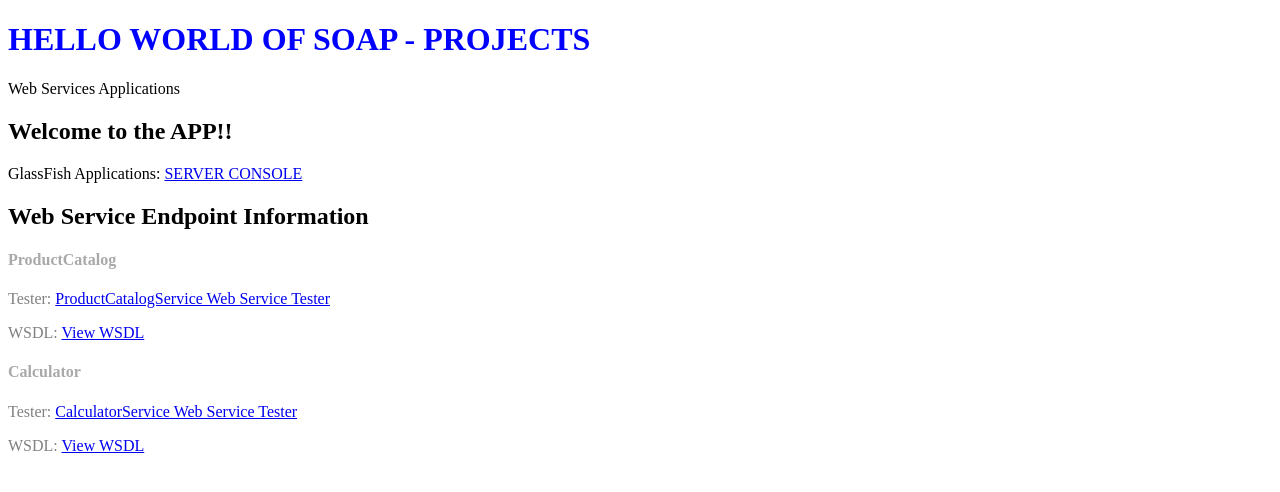
Repository: atafs/BackEnd_JAX-JAX-WS_SOAP
Page: http://localhost/Project_003_SOAP_server_ServiceAndContractFirst/
These files come from the project's save history. The page is drawn as it stood at one moment and after the next save; the edit follows.
The browser window is 1280 px wide. The pictures show the whole page.
The page is served by Tomcat 9. Other server files are loaded and not shown.

Above is the page before, as saved 2016-01-26 11:58:17.

### Project_003_SOAP_server_ServiceAndContractFirst/WebContent/index.jsp
<%@ page language="java" contentType="text/html; charset=ISO-8859-1"
    pageEncoding="ISO-8859-1"%>
<!DOCTYPE html PUBLIC "-//W3C//DTD HTML 4.01 Transitional//EN" "http://www.w3.org/TR/html4/loose.dtd">
<html>

<!-- HEADER -->
<head>
<meta http-equiv="Content-Type" content="text/html; charset=ISO-8859-1">
<title>WEB SERVICES</title>
</head>

<!-- BODY -->
<body>
	<h1 style="color:blue;">HELLO WORLD OF SOAP - PROJECTS</h1>
	<p>Web Services Applications</p>

	<!-- LINKS -->
	<h2>Welcome to the APP!! </h2>
	<p>GlassFish Applications: <a href="http://localhost:4848/common/index.jsf">SERVER CONSOLE</a></p>

	<h2>Web Service Endpoint Information</h2>
	<h4 style="color:darkgray;">ProductCatalog</h4>
	<p style="color:gray;">Tester: <a href="http://atafs:9090/Project_003_SOAP_server_ServiceAndContractFirst/ProductCatalogService?Tester">ProductCatalogService Web Service Tester</a></p>
	<p style="color:gray;">WSDL: <a href="http://atafs:9090/Project_003_SOAP_server_ServiceAndContractFirst/ProductCatalogService?wsdl">View WSDL</a></p>

	<h4 style="color:darkgray;">Calculator</h4>
	<p style="color:gray;">Tester: <a href="http://atafs:9090/Project_003_SOAP_server_ServiceAndContractFirst/CalculatorService?Tester">CalculatorService Web Service Tester</a></p>
	<p style="color:gray;">WSDL: <a href="http://atafs:9090/Project_003_SOAP_server_ServiceAndContractFirst/CalculatorService?wsdl">View WSDL</a></p>
</body>
</html>

After the next save:
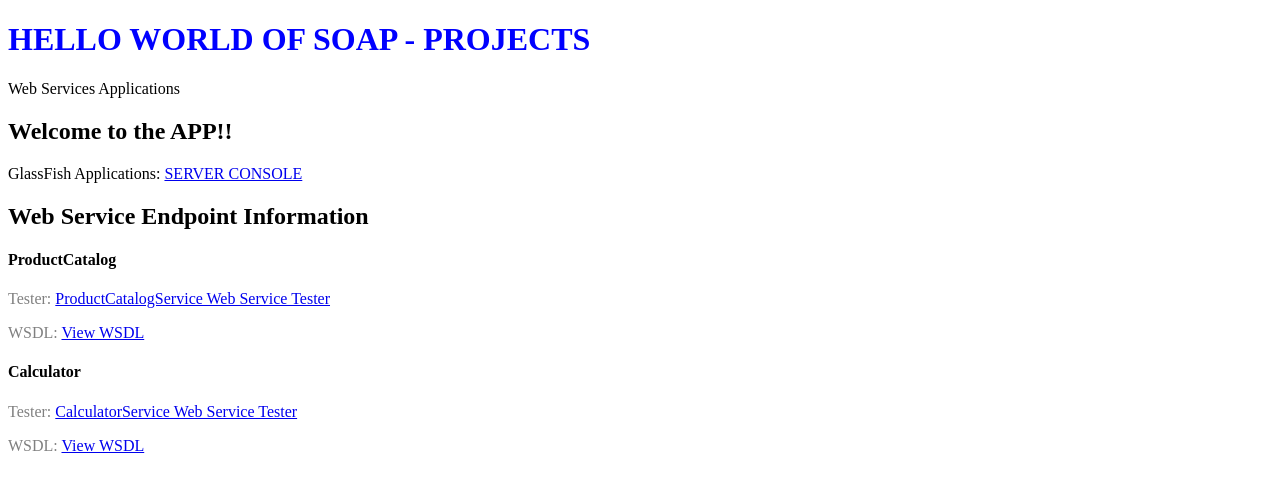
Saved 82 s later.
--- a/Project_003_SOAP_server_ServiceAndContractFirst/WebContent/index.jsp
+++ b/Project_003_SOAP_server_ServiceAndContractFirst/WebContent/index.jsp
@@ -19,11 +19,11 @@
 	<p>GlassFish Applications: <a href="http://localhost:4848/common/index.jsf">SERVER CONSOLE</a></p>
 
 	<h2>Web Service Endpoint Information</h2>
-	<h4 style="color:darkgray;">ProductCatalog</h4>
+	<h4>ProductCatalog</h4>
 	<p style="color:gray;">Tester: <a href="http://atafs:9090/Project_003_SOAP_server_ServiceAndContractFirst/ProductCatalogService?Tester">ProductCatalogService Web Service Tester</a></p>
 	<p style="color:gray;">WSDL: <a href="http://atafs:9090/Project_003_SOAP_server_ServiceAndContractFirst/ProductCatalogService?wsdl">View WSDL</a></p>
 
-	<h4 style="color:darkgray;">Calculator</h4>
+	<h4>Calculator</h4>
 	<p style="color:gray;">Tester: <a href="http://atafs:9090/Project_003_SOAP_server_ServiceAndContractFirst/CalculatorService?Tester">CalculatorService Web Service Tester</a></p>
 	<p style="color:gray;">WSDL: <a href="http://atafs:9090/Project_003_SOAP_server_ServiceAndContractFirst/CalculatorService?wsdl">View WSDL</a></p>
 </body>
